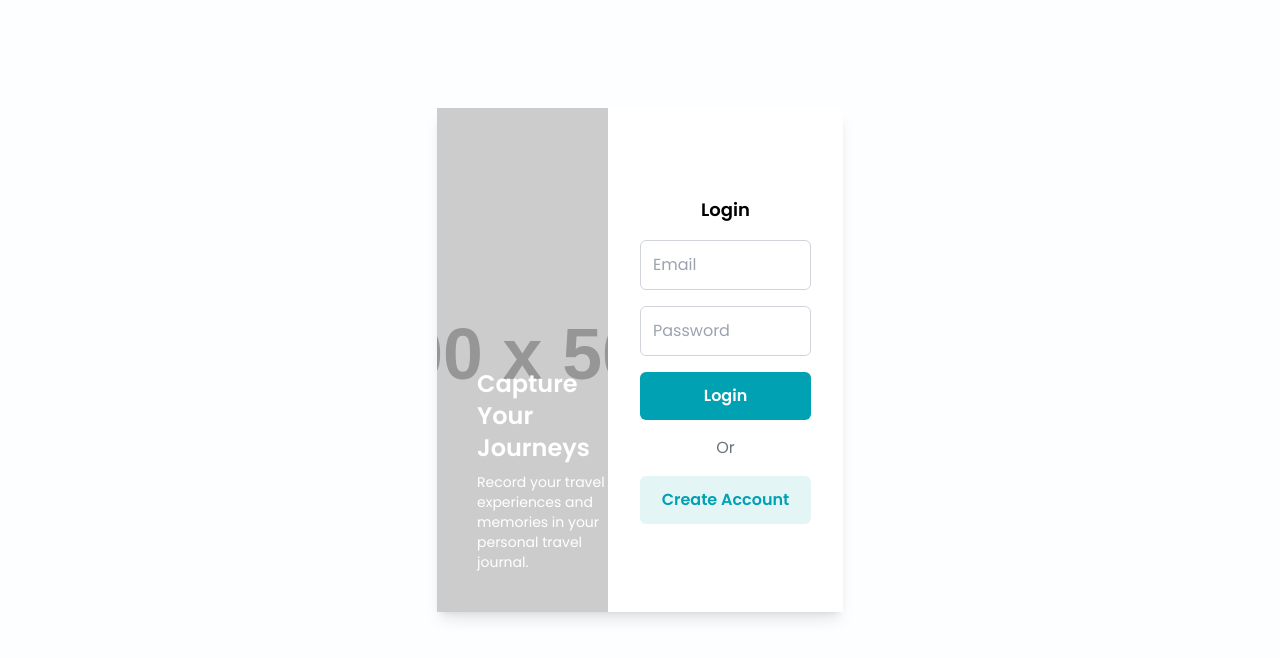
Repository: devi1262005/MERN-blogsite
Page: / (app in frontend/blog-app/)
An editor plug-in stored every save of this project. The page is shown before and after a run of saves, followed by the edit.
The browser window is 1280 px wide. The pictures show the whole page.
The project was rebuilt for these pictures with package versions that can differ from the ones it lists, and the page was loaded fresh each time. Also part of the build but not shown: frontend/blog-app/vite.config.js, frontend/blog-app/src/pages/auth/SignUp.jsx, frontend/blog-app/src/pages/home/Home.jsx.

Above is the page before, as saved 2024-11-17 13:01:36.

After the next 2 saves:
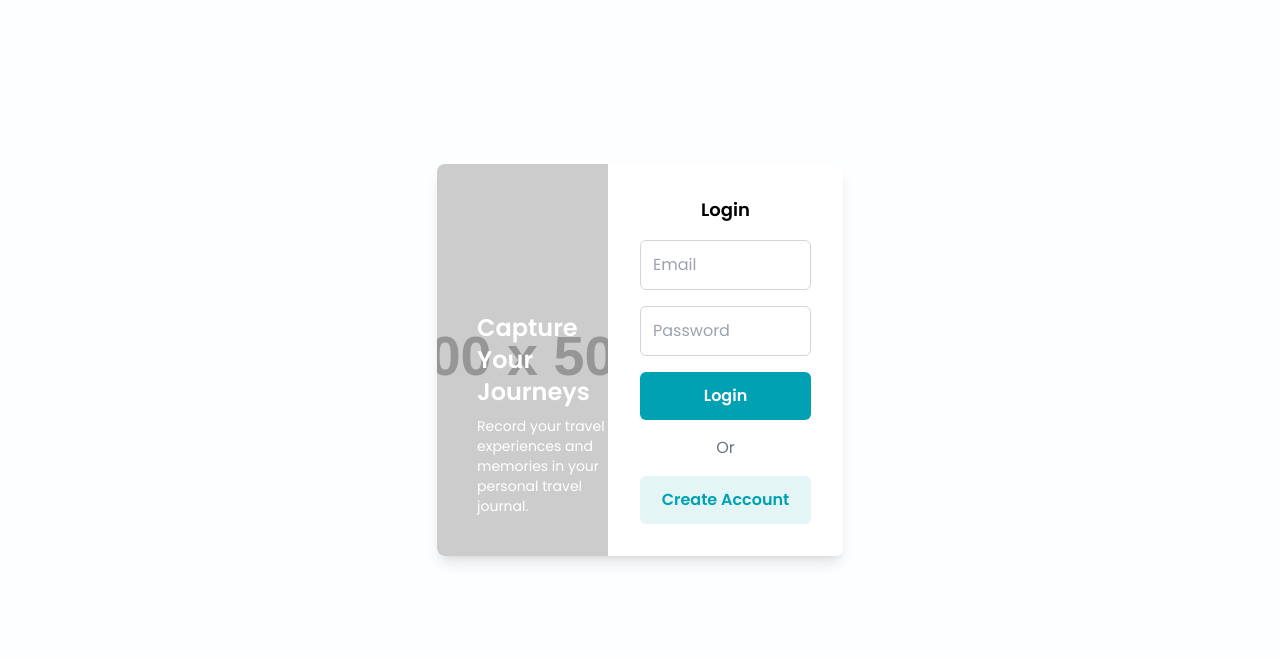
The 2 saves are shown as one change because they came seconds apart.
The last was saved 4 min 37 s later.
--- a/frontend/blog-app/src/index.css
+++ b/frontend/blog-app/src/index.css
@@ -16,13 +16,12 @@
 
 @layer components {
   .page-container {
-    @apply flex justify-center items-center w-full min-h-screen;
+    @apply flex justify-center items-center w-full h-full;
   }
 
   .card {
-    @apply flex flex-col md:flex-row bg-white rounded-lg shadow-lg w-full max-w-6xl;
+    @apply flex flex-col md:flex-row bg-white rounded-lg shadow-lg w-full max-w-4xl overflow-hidden;
     margin: 16px; /* Added margin for spacing */
-    min-height: 70vh; /* Ensure the card has a minimum height */
   }
 
   .left-section {
